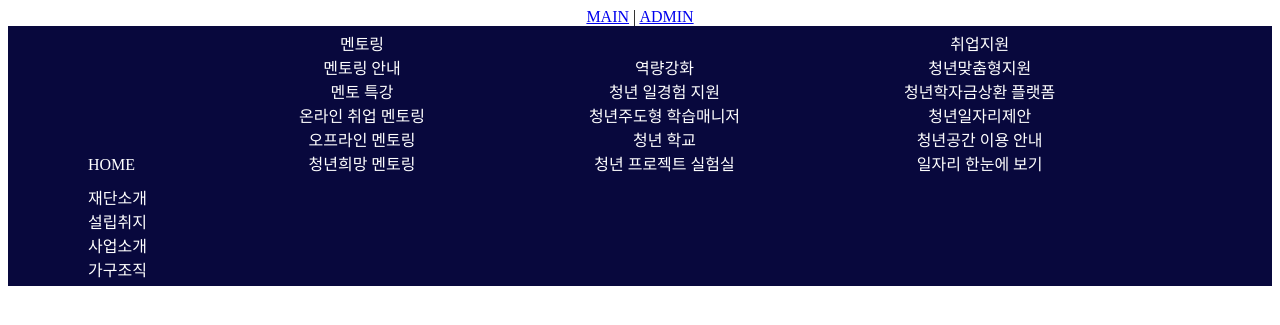
Repository: nywogud/promoPoli
Page: http://localhost/poli/WEB-INF/views/home.jsp
The author's editor kept a copy of each file at every save. The page is drawn from the files as they stood at one save, then again after the next save.
The browser window is 1280 px wide. The pictures show the whole page.
The page is served by Tomcat 9. Nobody is signed in. The template is opened directly, without the code that normally fills it, so the values that code supplies are empty.

Above is the page before, as saved 2021-06-29 11:54:09.

After the next save:
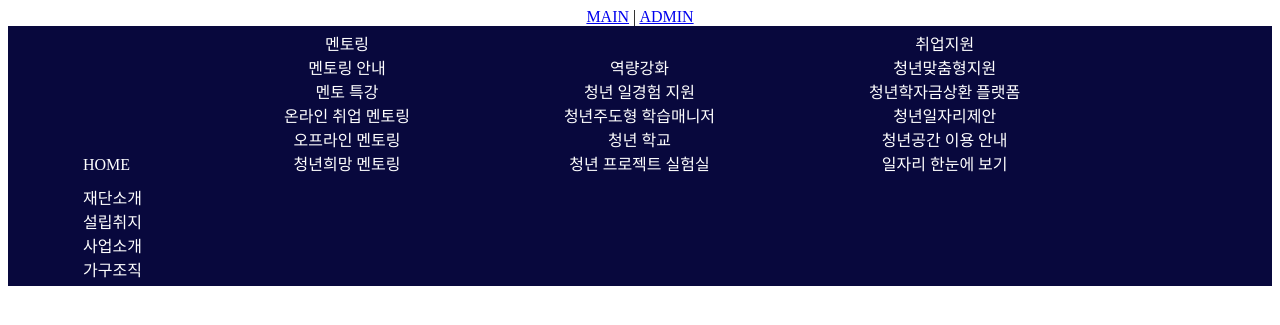
Saved 16 s later.
--- a/workspace/poli/src/main/webapp/WEB-INF/views/home.jsp
+++ b/workspace/poli/src/main/webapp/WEB-INF/views/home.jsp
@@ -14,7 +14,7 @@
 		ul.main{color: white; background: rgb(8,8,61);}
 		ul.main > li {
 			display: inline-block; width: max-content; padding: 5px 10px;
-			 text-align: center; margin-left: 70px; margin-right: 70px;
+			 text-align: center; margin-left: 65px; margin-right: 65px;
 		}
 
 		ul.main > li ul.sub {/*display: none;*/}
